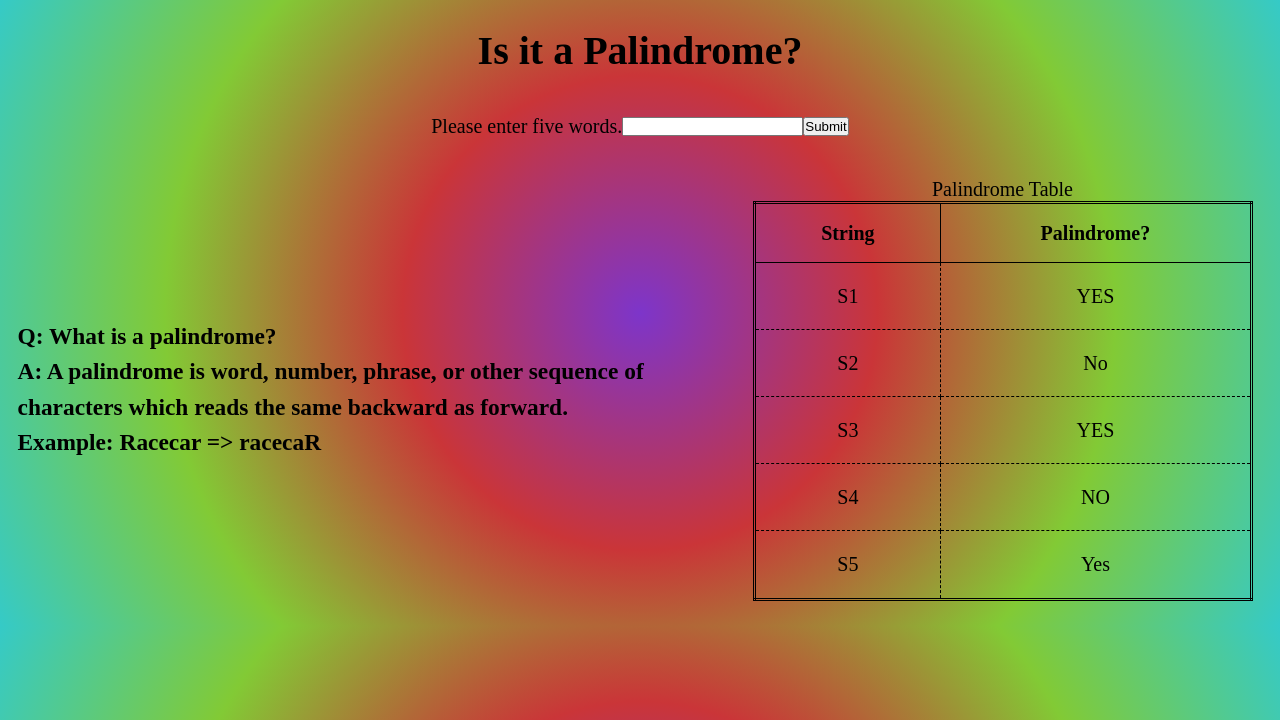
Repository: mlmEFSC21/P18-Palindrome-Table
Page: palindrome.html
An editor plug-in stored every save of this project. The page is shown before and after the next save, followed by the edit.
The browser window is 1280 px wide. The pictures show the whole page.

Above is the page before, as saved 2022-04-03 18:18:08.

### palindrome.html
<!DOCTYPE html>
<html lang="en">
    <head>
        <meta charset="UTF-8" />
        <meta http-equiv="X-UA-Compatible" content="IE=edge" />
        <meta name="viewport" content="width=device-width, initial-scale=1.0" />
        <link rel="stylesheet" href="palindrome.css" />
        <script defer src="palindrome.js"></script>
        <title>Palindrome Table</title>
    </head>
    <body>
        <header class="mainHeader">
            <h1>Is it a Palindrome?</h1>
        </header>
        <div class="mainContent">
            <div class="formContainer" id="formContainer">
                <form class="palindromeForm" id="palindromeForm">
                    <label for="stringInput">Please enter five words.</label>
                    <input
                        type="text"
                        name="stringInput"
                        class="stringInput"
                        id="stringInput"
                        required
                    />
                    <button type="submit" class="submit-btn" id="submit-btn">Submit</button>
                </form>
            </div>
            <div class="tableContainer" id="tableContainer">
                <div class="definition">
                    <h3>
                        <p>Q: What is a palindrome?</p>
                        <p>
                            A: A palindrome is word, number, phrase, or other sequence of characters
                            which reads the same backward as forward.
                        </p>
                        <p>Example: Racecar => racecaR</p>
                    </h3>
                </div>
                <table>
                    <caption>
                        Palindrome Table
                    </caption>
                    <thead>
                        <tr>
                            <th>String</th>
                            <th>Palindrome?</th>
                        </tr>
                    </thead>
                    <tbody>
                        <tr>
                            <td class="string">S1</td>
                            <td class="yes-no">YES</td>
                        </tr>
                        <tr>
                            <td class="string">S2</td>
                            <td class="yes-no">No</td>
                        </tr>
                        <tr>
                            <td class="string">S3</td>
                            <td class="yes-no">YES</td>
                        </tr>
                        <tr>
                            <td class="string">S4</td>
                            <td class="yes-no">NO</td>
                        </tr>
                        <tr>
                            <td class="string">S5</td>
                            <td class="yes-no">Yes</td>
                        </tr>
                    </tbody>
                </table>
            </div>
        </div>
    </body>
</html>

### palindrome.css
*,
*::after,
*::before {
    box-sizing: border-box;
    margin: 0;
    padding: 0;
}
body {
    font-size: 1.25rem;
    background-image: radial-gradient(circle, #7d35ca, #ca3538, #82ca35, #35cac7);
}
header {
    display: flex;
    align-items: center;
    justify-content: center;
    height: 100px;
}
.mainContent {
    display: flex;
    flex-wrap: wrap;
}
.formContainer {
    width: 100vw;
    margin: 10px, auto;
    padding: 15px;
}
form {
    display: flex;
    justify-content: center;
    align-items: center;
}
.tableContainer {
    display: flex;
    justify-content: space-around;
    align-items: space-around;
    padding: 15px;
}
.definition {
    justify-self: center;
    align-self: center;
    flex-wrap: wrap;
    flex-basis: 720px;
    line-height: 1.5;
}
table {
    border-collapse: collapse;
    border: 3px double black;
    margin: 10px;
    padding: 10px;
    width: 500px;
    height: 400px;
    text-align: center;
}
th {
    height: 60px;
    border: 1px solid black;
    padding: 15px;
}
tr,
td {
    height: 30px;
    border: 1px dashed black;
    padding: 10px;
}

Loaded but not shown: palindrome.js (no stored copy; drawn as an empty file)

After the next save:
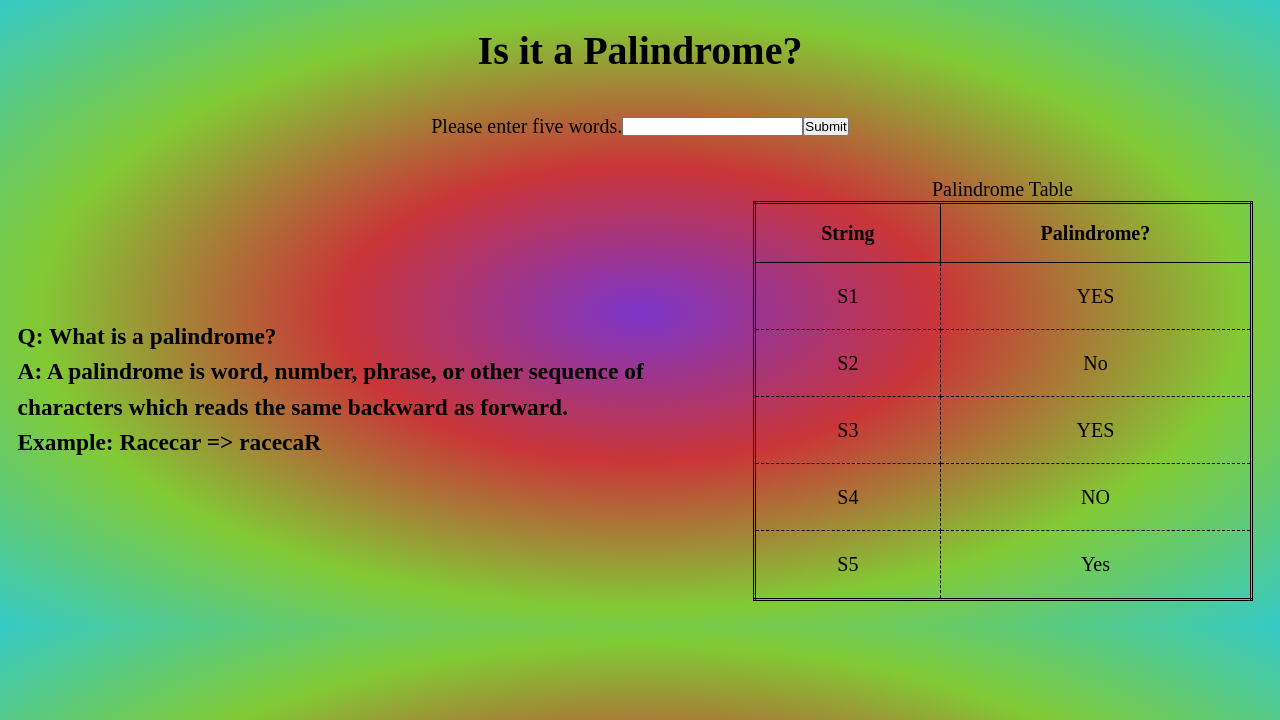
Saved 72 s later.
--- a/palindrome.css
+++ b/palindrome.css
@@ -7,7 +7,7 @@
 }
 body {
     font-size: 1.25rem;
-    background-image: radial-gradient(circle, #7d35ca, #ca3538, #82ca35, #35cac7);
+    background-image: radial-gradient(#7d35ca, #ca3538, #82ca35, #35cac7);
 }
 header {
     display: flex;

After the save that followed:
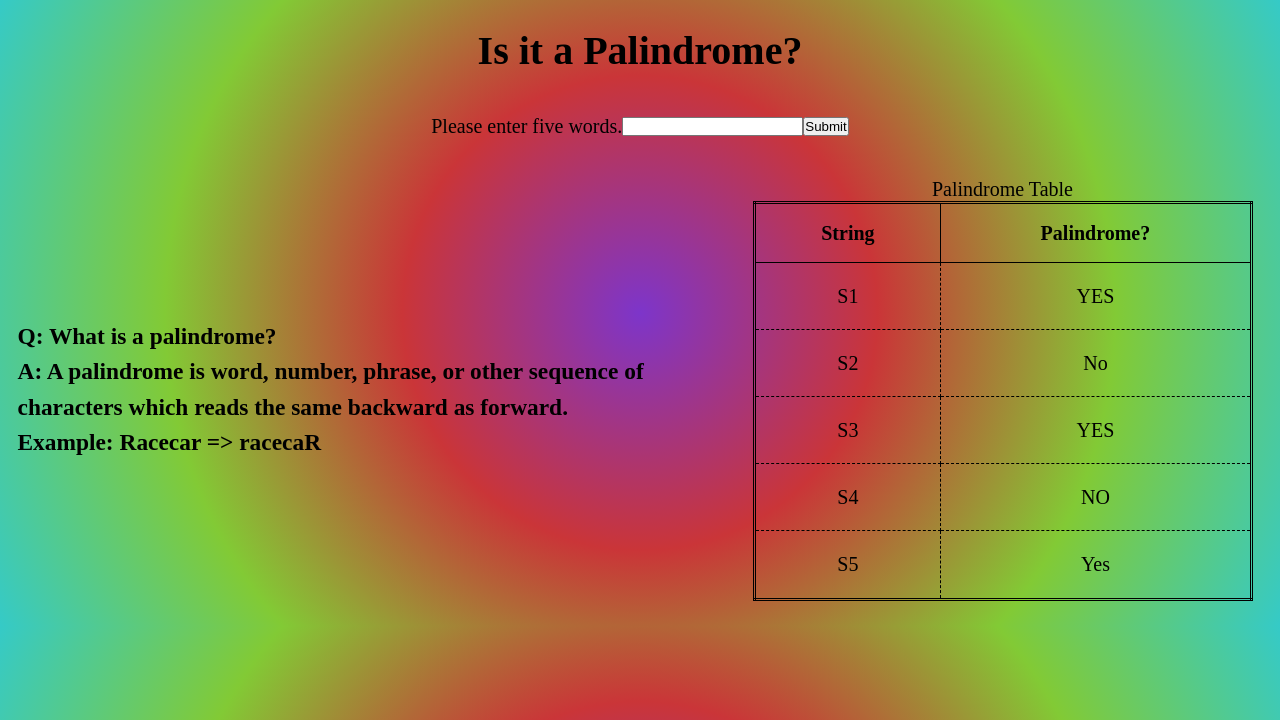
Saved 5 s later.
--- a/palindrome.css
+++ b/palindrome.css
@@ -7,7 +7,7 @@
 }
 body {
     font-size: 1.25rem;
-    background-image: radial-gradient(#7d35ca, #ca3538, #82ca35, #35cac7);
+    background-image: radial-gradient(circle, #7d35ca, #ca3538, #82ca35, #35cac7);
 }
 header {
     display: flex;
